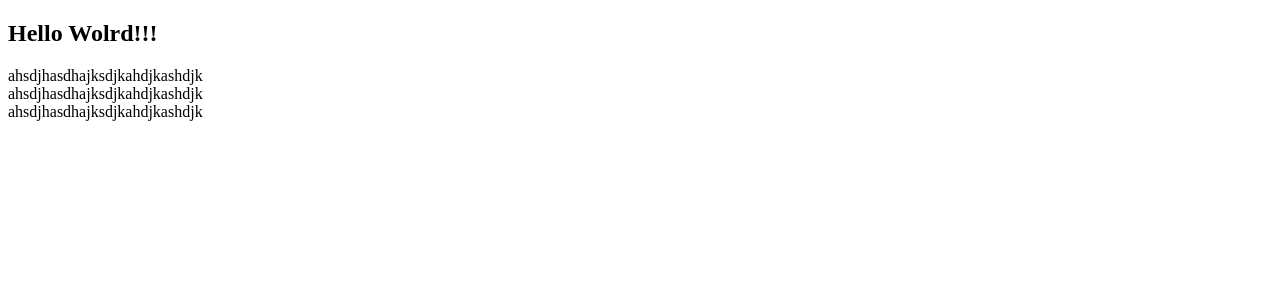
Repository: huygicungduoc/First_Project
Page: index1.html
An editor plug-in stored every save of this project. The page is shown before and after the next save, followed by the edit.
The browser window is 1280 px wide. The pictures show the whole page.

Above is the page before, as saved 2025-03-08 20:11:59.

After the next save:
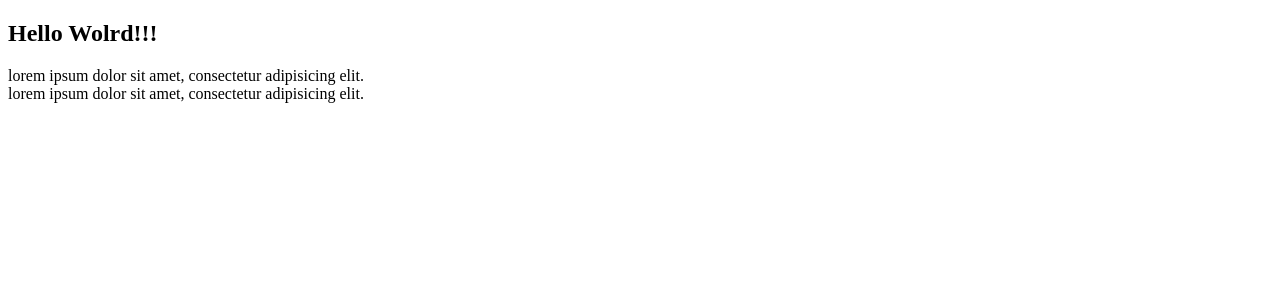
Saved 4 min 58 s later.
--- a/index1.html
+++ b/index1.html
@@ -5,11 +5,12 @@
     <meta name="viewport" content="width=device-width, initial-scale=1.0">
     <title>First Project</title>
 </head>
-<body>
-
+    <div>
     <h2>Hello Wolrd!!!</h2>
-    <div>ahsdjhasdhajksdjkahdjkashdjk<div>
-    <div>ahsdjhasdhajksdjkahdjkashdjk<div>
-    <div>ahsdjhasdhajksdjkahdjkashdjk<div>
+    <div>
+        lorem ipsum dolor sit amet, consectetur adipisicing elit.
+    </div>
+        lorem ipsum dolor sit amet, consectetur adipisicing elit.
+    </div>
 </body>
 </html>
